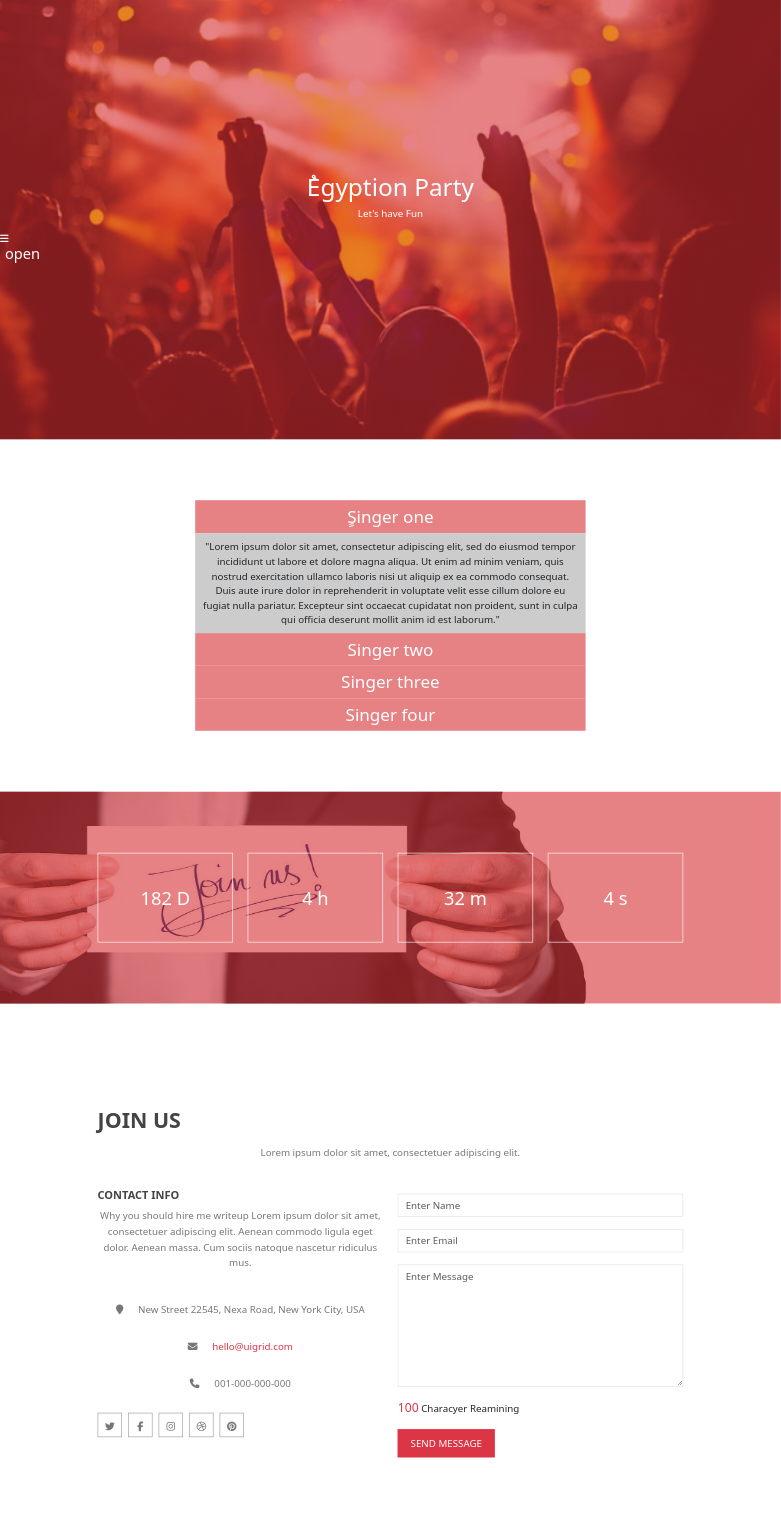
Repository: HagarYousry/jQuery
Page: index.html
An editor plug-in stored every save of this project. The page is shown before and after the next save, followed by the edit.
The browser window is 1280 px wide. The pictures show the whole page, at 61% of full size.

Above is the page before, as saved 2024-07-25 19:40:53.

### index.html
<!DOCTYPE html>
<html lang="en">

<head>
    <meta charset="UTF-8">
    <meta name="viewport" content="width=device-width, initial-scale=1.0">
    <title>Egyption party</title>
    <!-- web fonts  -->
    <link rel="stylesheet" href="css/all.min.css">
    <!-- bootstrap -->
    <link rel="stylesheet" href="css/bootstrap.min.css">
    <!-- main css -->
    <link rel="stylesheet" href="css/main.css">
</head>

<body>
    <div id="home">

            <div id="sideNav" class="bg-black p-5">
                    <a class="p-0 closeIcon">
                        <i class="fa-solid fa-xmark "></i>
                    </a>
                     <a class="sideNav-link mt-2" href="#home">Home</a>
                     <a class="sideNav-link" href="#Acordion">Duration</a>
                     <a class="sideNav-link" href="#contact">Contact</a>
                     <a class="sideNav-link" href="#count">Details</a>
            </div>

            <div class="home-title d-flex justify-content-center align-items-center flex-column vh-100 text-white">
                <h1>ُEgyption Party</h1>
                <p>Let's have Fun</p>
                <span class="navIcon align-self-start">
                    <i class="fa-solid fa-bars"></i>
                    <h4 class="ms-2">open</h4>
                </span>
            </div>


    </div>










    <!-- ! start sideNav section -->
    <!-- <section id="sideNav">
        <div class="navAnchor bg-black">
            <ul>
                <li class="p-0 closeIcon">
                    <i class="fa-solid fa-xmark "></i>
                </li>
                 <li ><a class="sideNav-link" href="#home">Home</a></li>
                 <li ><a class="sideNav-link" href="#Acordion">Duration</a></li>
                 <li ><a class="sideNav-link" href="#contact">Contact</a></li>
                 <li ><a class="sideNav-link" href="#count">Details</a></li>
            </ul>
        </div>

        <div class="navIcon align-self-center bg-danger bg-opacity-50 m-1 text-white p-2">
            <div class="navIcon-content d-flex align-items-center">
                <i class="fa-solid fa-bars"></i>
                <h4 class="ms-2">open</h4>
            </div>
        </div>
    </section> -->
    <!--! end sideNav section -->

    <!--! start header section  -->
    <!-- <header id="home" class="d-flex justify-content-center align-items-center flex-column">
        <div class="home-content text-center text-white">
            <h1>ُEgyption Party</h1>
            <p>Let's have Fun</p>
        </div>
    </header> -->
    <!--! end header section  -->

    <!-- start Acordion section  -->
    <section id="Acordion" class="text-center">

        <div class="container-fluid w-50 ">
            <h3 class="toggle ">ٍSinger one</h3>
            <div class="inner first">"Lorem ipsum dolor sit amet, consectetur adipiscing elit, sed do eiusmod tempor
                incididunt ut labore et dolore magna aliqua. Ut enim ad minim veniam, quis nostrud exercitation ullamco
                laboris nisi ut aliquip ex ea commodo consequat. Duis aute irure dolor in reprehenderit in voluptate
                velit
                esse cillum dolore eu fugiat nulla pariatur. Excepteur sint occaecat cupidatat non proident, sunt in
                culpa
                qui officia deserunt mollit anim id est laborum."
            </div>


            <h3 class="toggle">Singer two</h3>
            <div class="inner">"Sed ut perspiciatis unde omnis iste natus error sit voluptatem accusantium doloremque
                laudantium, totam rem aperiam, eaque ipsa quae ab illo inventore veritatis et quasi architecto beatae
                vitae
                dicta sunt explicabo. Nemo enim ipsam voluptatem quia voluptas sit aspernatur aut odit aut fugit, sed
                quia
                consequuntur magni dolores eos qui ratione voluptatem sequi nesciunt. Neque porro quisquam est, qui
                dolorem
                ipsum quia dolor sit amet, consectetur, adipisci velit, sed quia non numquam eius modi tempora incidunt
                ut
                labore et dolore magnam aliquam quaerat voluptatem. Ut enim ad minima veniam, quis nostrum
                exercitationem
                ullam corporis suscipit laboriosam, nisi ut aliquid ex ea commodi consequatur? Quis autem vel eum iure
                reprehenderit qui in ea voluptate velit esse quam nihil molestiae consequatur, vel illum qui dolorem eum
                fugiat quo voluptas nulla pariatur?"
            </div>


            <h3 class="toggle">Singer three</h3>
            <div class="inner">"But I must explain to you how all this mistaken idea of denouncing pleasure and praising
                pain was born and I will give you a complete account of the system, and expound the actual teachings of
                the
                great explorer of the truth, the master-builder of human happiness. No one rejects, dislikes, or avoids
                pleasure itself, because it is pleasure, but because those who do not know how to pursue pleasure
                rationally
                encounter consequences that are extremely painful. Nor again is there anyone who loves or pursues or
                desires
                to obtain pain of itself, because it is pain, but because occasionally circumstances occur in which toil
                and
                pain can procure him some great pleasure. To take a trivial example, which of us ever undertakes
                laborious
                physical exercise, except to obtain some advantage from it? But who has any right to find fault with a
                man
                who chooses to enjoy a pleasure that has no annoying consequences, or one who avoids a pain that
                produces no
                resultant pleasure?"
            </div>


            <h3 class="toggle">Singer four</h3>
            <div class="inner">"At vero eos et accusamus et iusto odio dignissimos ducimus qui blanditiis praesentium
                voluptatum deleniti atque corrupti quos dolores et quas molestias excepturi sint occaecati cupiditate
                non
                provident, similique sunt in culpa qui officia deserunt mollitia animi, id est laborum et dolorum fuga.
                Et
                harum quidem rerum facilis est et expedita distinctio. Nam libero tempore, cum soluta nobis est eligendi
                optio cumque nihil impedit quo minus id quod maxime placeat facere possimus, omnis voluptas assumenda
                est,
                omnis dolor repellendus. Temporibus autem quibusdam et aut officiis debitis aut rerum necessitatibus
                saepe
                eveniet ut et voluptates repudiandae sint et molestiae non recusandae. Itaque earum rerum hic tenetur a
                sapiente delectus, ut aut reiciendis voluptatibus maiores alias consequatur aut perferendis doloribus
                asperiores repellat."

            </div>

        </div>
    </section>
    <!-- end Acordion section  -->

    <!-- start count section  -->
    <section id="count">
        <div class="container-fluid w-75 text-center text-white">
            <div class="row">
                <div class="col-md-3">
                    <div class="time">
                        <span class="days">00</span>
                    </div>
                </div>

                <div class="col-md-3">
                    <div class="time">
                        <span class="hours">00</span>
                    </div>
                </div>

                <div class="col-md-3">
                    <div class="time">
                        <span class="minutes">00</span>
                    </div>
                </div>

                <div class="col-md-3">
                    <div class="time">
                        <span class="seconds">00</span>
                    </div>
                </div>

            </div>
        </div>
    </section>
    <!-- end count section  -->

    <!-- start contact-us section  -->
    <section id="contact">
        <div class="container-fluid w-75">
            <div class="head">
                <h2 class="text-uppercase fw-bold">Join Us</h2>
                <p class="text-center">Lorem ipsum dolor sit amet, consectetuer adipiscing elit.</p>
            </div>
            <div class="row mt-5">
                <div class="col-md-6">
                    <div class="col-info">
                        <h3 class="text-uppercase">CONTACT INFO</h3>
                        <p class="text-center">Why you should hire me writeup Lorem ipsum dolor sit amet, consectetuer
                            adipiscing elit.
                            Aenean commodo ligula eget dolor. Aenean massa. Cum sociis natoque nascetur ridiculus mus.
                        </p>

                        <div class="icons text-center">
                            <p><i class="fa fa-map-marker"></i> New Street 22545, Nexa Road, New York City, USA</p>

                            <p class="text-danger"><i class="fa fa-envelope"></i> hello@uigrid.com</p>
                            <p><i class="fa fa-phone"></i> 001-000-000-000</p>
                        </div>

                        <div class="social d-flex align-items-center">

                            <i class="fab fa-twitter fa-fw"></i>
                            <i class="fab fa-facebook-f fa-fw"></i>
                            <i class="fab fa-instagram fa-fw"></i>
                            <i class="fab fa-dribbble fa-fw"></i>
                            <i class="fab fa-pinterest fa-fw"></i>

                        </div>
                    </div>
                </div>

                <div class="col-md-6">
                    <form>

                        <input class="form-control mt-2" type="text" placeholder="Enter Name">
                        <input class="form-control" type="email" placeholder="Enter Email">
                        <textarea class="form-control " placeholder="Enter Message"></textarea>
                        <span id="chars" class="text-danger">100</span> Characyer Reamining
                        <button class="btn btn-danger text-uppercase">Send Message</button>

                    </form>
                </div>
            </div>
        </div>
    </section>
    <!-- end contact-us section  -->


    <!-- jquery  -->
    <script src="js/jquery-3.7.1.min.js"></script>
    <!-- index js  -->
    <script src="js/index.js"></script>


</body>

</html>

### css/main.css
#home{
    height: 100vh;
    background-image: linear-gradient(rgba(214, 46, 51, 0.6), rgba(214, 46, 51, 0.6)),
        url(../imgs/events-heavenly-header.jpg);
    background-position: center;
    background-size: cover;
    background-repeat: no-repeat;
}

#sideNav {
    position: fixed;
    top: 0;
    bottom: 0;
    left: 0;
    display: flex;
    flex-direction: column;
    z-index: 9999;
}

#sideNav a{
    padding: 20px;
    text-decoration: none;
    font-size: 25px;
    color: #818181;
    display: block;
    color: white;
    transition: 0.3s;
}

.closeIcon {
    position: absolute;
    top: 0;
    right: 25px;
    font-size: 26px;
    margin-left: 50px;
    color: white;
    padding-bottom: 10px;
    transition: 0.3s;
    cursor: pointer;
}

#sideNav a:hover {
    color: rgba(214, 46, 51, 0.4);
}



/* #sideNav {
    position: fixed;
    top: 0;
    bottom: 0;
    left: 0;
    display: flex;
    z-index: 9999;
}

#sideNav .navAnchor {
    padding: 40px 0 0 0;
    position: relative;
}

#sideNav .navAnchor ul {
    padding: 0 20px 0 20px;
}

#sideNav .navAnchor ul li {
    padding: 25px;
    list-style: none;
    cursor: pointer;
}

#sideNav .navAnchor ul li:hover a {
    color: rgba(214, 46, 51, 0.4);
}

#sideNav .navAnchor ul li a {
    text-decoration: none;
    font-size: 25px;
    color: white;
    transition: 0.3s all;
}


.closeIcon {
    position: absolute;
    top: 0;
    right: 25px;
    font-size: 26px;
    margin-left: 50px;
    color: white;
}

.navIcon {
    border-radius: 20px 20px;
}

.navIcon i,
.navIcon h4 {
    font-size: 30px;
    cursor: pointer;
}

@media (max-width: 991.98px) {
    .navIcon {
        align-self: flex-start !important;
    }

    .navIcon .navIcon-content {
        flex-direction: column;
    }
}


header {
    height: 100vh;
    background-image: linear-gradient(rgba(214, 46, 51, 0.6), rgba(214, 46, 51, 0.6)),
        url(../imgs/events-heavenly-header.jpg);
    background-position: center;
    background-size: cover;
    background-repeat: no-repeat;
}

header h1 {
    font-size: 60px;
} */



/* start Acordion section  */
#Acordion {
    padding: 100px auto;
}

.toggle {
    background-color: rgba(214, 46, 51, 0.6);
    cursor: pointer;
    color: white;
    padding: 10px;
    margin: 0px;
}

.inner {
    background-color: rgb(204, 204, 204);
    display: none;
    padding: 10px;
}

#Acordion .first {
    display: block;
}

/* end Acordion section  */

/* start count section  */

#count {
    background-image: linear-gradient(rgba(214, 46, 51, 0.6), rgba(214, 46, 51, 0.6)), url(../imgs/invitation-2508607__340.jpg);
    background-repeat: no-repeat;
    background-position: center center;
    background-size: 100% 100%;
    position: relative;
}

.container-fluid {
    padding: 100px 0px;
}

.time {
    padding: 50px;
    border: 1px solid #FFF;
    font-weight: 500;
    font-size: 30px;
}

/* end count section  */

/* start contact-us section  */
#contact {
    margin-top: 70px;
}

#contact .head h2 {
    font-size: 35px;
    color: #444;
    margin-bottom: 20px;
}

#contact .head p {
    color: #777;
    font-weight: 300;
    font-size: 16px;
}

#contact .col-md-6 .col-info .icons {
    margin-top: 50px;
}

#contact .col-md-6 .col-info .icons p {
    margin-bottom: 35px;
}

#contact .col-md-6 .col-info h3 {
    color: #444;
    font-size: 18px;
    font-weight: 900;
}

#contact .col-md-6 .col-info p {
    font-size: 16px;
    line-height: 26px;
    color: #777;
}

#contact i {
    margin-right: 20px;
    color: #777;
}

#contact .col-md-6 .col-info .social i {
    margin-right: 10px;
    border: 1px solid #999;
    width: 40px;
    height: 40px;
    line-height: 42px;
    cursor: pointer;
    text-align: center;
    transition: 0.5s all;
}

#contact .col-md-6 .col-info .social i:hover {
    color: #fff;
    background-color: #D62E33;
    border: 1px solid #D62E33;
}

#contact .col-md-6 form input,
#contact .col-md-6 form textarea {
    margin-bottom: 20px;
    border-radius: 0;
}

#contact .col-md-6 form textarea {
    height: 200px;
    resize: vertical;
}

#contact .col-md-6 form button {
    padding: 10px 20px;
    border-radius: 0;
    margin-top: 20px;
    display: block;
}

#contact .col-md-6 form #chars {
    font-size: 20px;
}
/* end contact-us section  */

### js/index.js
/// <reference types="../@types/jquery"/>

// start sideNav section

const sideNavwidth = $('#sideNav').outerWidth(true);
console.log(sideNavwidth);

// console.log(navAnchorwidth);

//! first: Close sideNav
$('#sideNav')
    .animate({ left: -sideNavwidth }, 0);

let isOpen = false

//! second: on click "navIcon" ,toggle open & close sideNav
$('.navIcon')
    .on('click', function () {
        let status;
        if (isOpen) {
            status = -sideNavwidth
            $('.home-title').animate({ marginLeft: 0 }, 1000)
        } else {
            status = 0
            $('.home-title').animate({ marginLeft: sideNavwidth }, 1000)
        }
        isOpen = !isOpen;

        $('#sideNav')
            .animate({ left: status }, 1000)

    })

//! closeIcon
$('.closeIcon')
    .on('click', function () {
        isOpen = !isOpen;
        $('#sideNav')
            .animate({ left: -sideNavwidth }, 1000);
        $('.home-content').animate({ marginLeft: 0 }, 1000)
    })


//! scroll to sections
$('.sideNav-link[href^="#"]')
    .on('click', function () {
        const sectionId = $(this).attr('href');
        // console.log(section);
        //! get section top
        const sectionTop = $(sectionId).offset().top;
        // console.log(top);
        $('html , body')
            .animate({ scrollTop: sectionTop }, 2000)
    })

// end sideNav section

// start Acordion section
//! slideToggle effect
$('#Acordion .toggle').on('click', function () {
    //! slide up all inner except the one i clicked on
    $('.inner').not($(this).next()).slideUp(500);
    //! slide toggle
    $(this).next().slideToggle(500);
});
// end Acordion section

//start count section
$(window).on('load', function () {
    countDownTime("24 january 2025 00:00:00");
})


function countDownTime(countTo) {

    //! get countTo date
    let futureDate = new Date(countTo);
    futureDate = (futureDate.getTime() / 1000);
    // console.log(futureDate);

    //! get current date
    let now = new Date();
    // console.log(now);
    now = (now.getTime() / 1000);

    //! get the difference between current date and countTo date by sec
    timeDifference = (futureDate - now);

    //?(24 * 60 * 60) ==> num. of sec in day ==> 86400
    let days = Math.floor(timeDifference / 86400);
    let hours = Math.floor((timeDifference - (days * 86400)) / 3600);
    let mins = Math.floor((timeDifference - (days * 86400) - (hours * 3600)) / 60);
    let secs = Math.floor((timeDifference - (days * 86400) - (hours * 3600) - (mins * 60)))


    $(".days").html(`${days} D`);
    $(".hours").html(`${hours} h`);
    $(".minutes").html(`${mins} m`);
    $('.seconds').html(`${secs} s`)

    //! Repeating the Countdown Every Second
    setInterval(function () {
        countDownTime(countTo);
    }, 1000);
}
//end count section

//start contact-us section
let maxLength = 100;
$('textarea').on('keyup', function () {
    //! val as getter ==> lenght
    let length = $(this).val().length;
    // console.log(length);
    let AmountLeft = maxLength - length;
    console.log(AmountLeft);
    if (AmountLeft <= 0) {
        $("#chars").text("your available characters finished");
    }
    else {
        $("#chars").text(AmountLeft);
    }
});
//end contact-us section

Loaded but not shown: css/all.min.css (library); css/bootstrap.min.css (library); js/jquery-3.7.1.min.js (library)

After the next save:
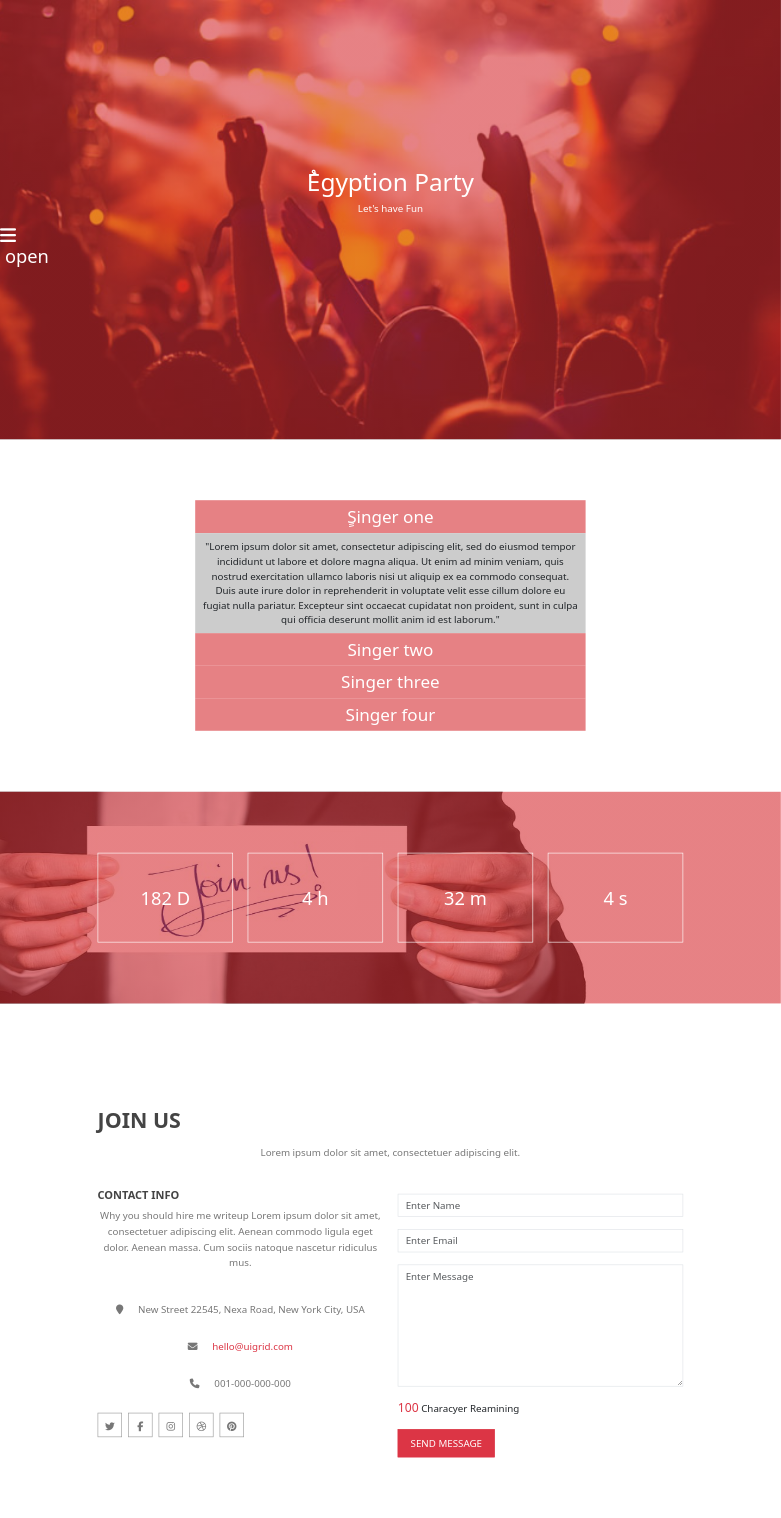
Saved 42 s later.
--- a/css/main.css
+++ b/css/main.css
@@ -43,7 +43,11 @@
     color: rgba(214, 46, 51, 0.4);
 }
 
-
+.navIcon i,
+.navIcon h4 {
+    font-size: 30px;
+    cursor: pointer;
+}
 
 /* #sideNav {
     position: fixed;
